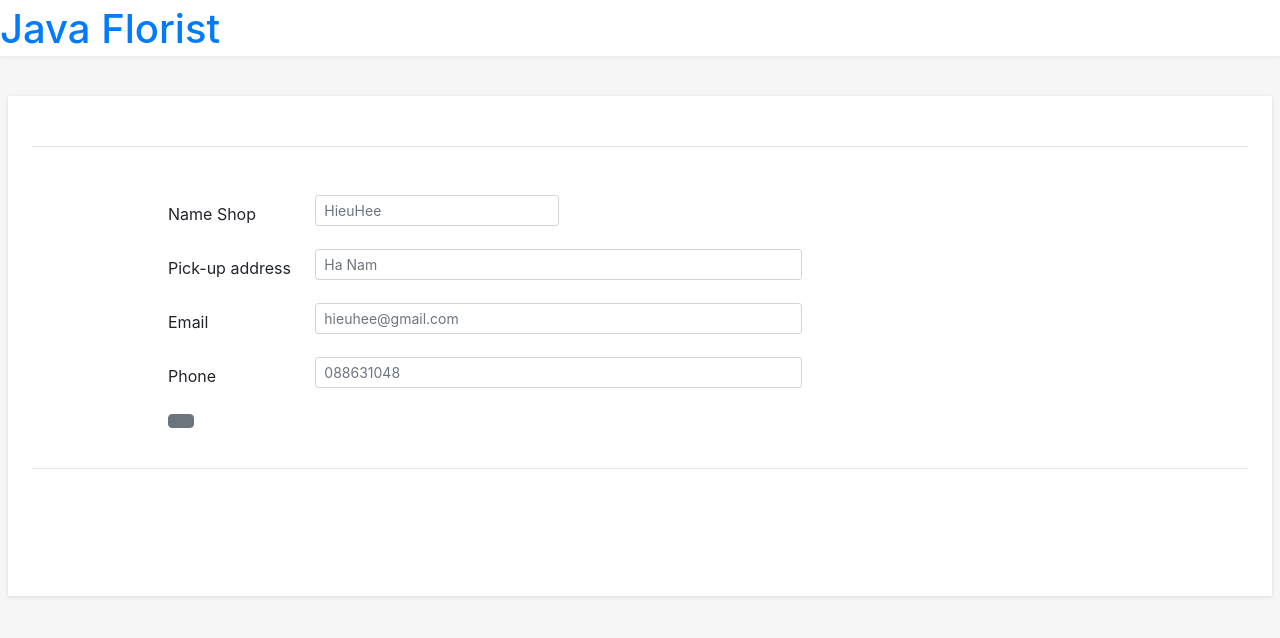
Repository: hienttm/flower-java-florist
Page: JavaFlorist/JavaFlorist/wwwroot/BecomePartner/index.html
An editor plug-in stored every save of this project. The page is shown before and after the next save, followed by the edit.
The browser window is 1280 px wide. The pictures show the whole page.
Some web libraries are served in a nearby version.

Above is the page before, as saved 2023-12-29 18:08:50.

### JavaFlorist/JavaFlorist/wwwroot/BecomePartner/index.html
<!DOCTYPE html>
<html lang="en">
<head>
    <meta charset="UTF-8">
    <meta name="viewport" content="width=device-width, initial-scale=1.0">
    <title>Document</title>
        <!-- Google Web Fonts -->
        <link rel="preconnect" href="https://fonts.googleapis.com">
        <link rel="preconnect" href="https://fonts.gstatic.com" crossorigin>
        <link href="https://fonts.googleapis.com/css2?family=Open+Sans:wght@400;600&family=Raleway:wght@600;800&display=swap" rel="stylesheet">

        <!-- Icon Font Stylesheet -->
        <link rel="stylesheet" href="https://use.fontawesome.com/releases/v5.15.4/css/all.css" />
        <link href="https://cdn.jsdelivr.net/npm/bootstrap-icons@1.4.1/font/bootstrap-icons.css" rel="stylesheet">

            <!-- Customized Bootstrap Stylesheet -->
            <link rel="stylesheet" href="https://cdn.jsdelivr.net/npm/bootstrap@4.0.0/dist/css/bootstrap.min.css" integrity="sha384-Gn5384xqQ1aoWXA+058RXPxPg6fy4IWvTNh0E263XmFcJlSAwiGgFAW/dAiS6JXm" crossorigin="anonymous">
        <link rel="stylesheet" href="style/Partner.css">
</head>
<body>
    <!-- Spinner Start -->
    <div class="onboarding-page">
        <div class="header">
            <a asp-action="Index" asp-controller="Home" class="navbar-brand"><h1 class="text-primary display-6"> Java Florist</h1></a>
        </div>
        <div class="onboarding">
            <div class="onboarding-layout__main">
                <div class="onboarding-layout__content onboarding-layout__card">
                    <div class="flow-step-content">
                        <div class="steps-header"></div>
                        <div class="form-input">
                            <form class="">
                                <div class="form-group row">
                                  <label for="text" class="col-sm-2 col-form-label">Name Shop</label>
                                  <div class="w-25">
                                    <input class="form-control form-control-sm" type="text" placeholder="HieuHee">
                                  </div>
                                </div>
                                <div class="form-group row">
                                  <label for="text" class="col-sm-2 col-form-label">Pick-up address</label>
                                  <div class="w-50">
                                    <input type="text" class="form-control form-control-sm"  placeholder="Ha Nam">
                                  </div>
                                </div>
                                <div class="form-group row">
                                    <label for="Email" class="col-sm-2 col-form-label">Email</label>
                                    <div class="w-50">
                                      <input type="email" class="form-control form-control-sm"  placeholder="hieuhee@gmail.com">
                                    </div>
                                  </div>
                                  <div class="form-group row">
                                    <label for="phone" class="col-sm-2 col-form-label">Phone</label>
                                    <div class="w-50">
                                        <input type="phone" class="form-control form-control-sm"  placeholder="088631048">
                                    </div>
                                  </div>
                                  <button class="btn btn-secondary"></button>
                              </form>

                        </div>
                        <div class="steps-header"></div>
                    </div>

                </div>
            </div>
        </div>
    </div>


        <!-- JavaScript Libraries -->
        <script src="https://ajax.googleapis.com/ajax/libs/jquery/3.6.4/jquery.min.js"></script>
        <script src="https://cdn.jsdelivr.net/npm/bootstrap@5.0.0/dist/js/bootstrap.bundle.min.js"></script>
</body>
</html>

### JavaFlorist/JavaFlorist/wwwroot/BecomePartner/style/Partner.css
*,
*:before,
*:after {
  box-sizing: border-box;
}
* {
  margin: 0;
  padding: 0;
  font: inherit;
}
img,
picture,
svg,
video {
  display: block;
  max-width: 100%;
}
input,
select,
textarea {
  background-color: transparent;
  outline: none;
}
button {
  cursor: pointer;
  background-color: transparent;
  outline: none;
  border: 0;
}
body {
  min-height: 100vh;
  font-weight: 400;
  font-size: 16px;
  line-height: 1;
}

.onboarding-page{
    padding-top: 56px;
    min-width: 1264px;
    margin: 0 auto;
}
.header{
    position: fixed;
    top: 0;
    left: 0;
    width: 100%;
    height: 56px;
    box-shadow: 0 1px 4px 0 rgba(0,0,0,.07);
    background-color: #fff;
    z-index: 100001;
}

.navbar-brand{
    color: #CDB4DB !important;
}
.onboarding {
    min-height: calc(100vh - 56px - 40px);
    padding-bottom: 40px;
    background-color: #f6f6f6;
    }

.onboarding-layout__main {
        padding-top: 40px;
}

.onboarding-layout__card {
    width: 1264px;
    margin: 0 auto;
    height: 500px;
    background-color: #fff;
    box-shadow: 0 1px 4px 0 rgba(0,0,0,.12);
    }

    .flow-step-content{
        padding: 50px 24px;
    }
    .steps-header{
        border-bottom: 1px solid #e5e5e5;
    }

    .form-input{
        max-width: 944px;
        margin: 48px auto 40px;
        min-height: 198px;
}

After the next save:
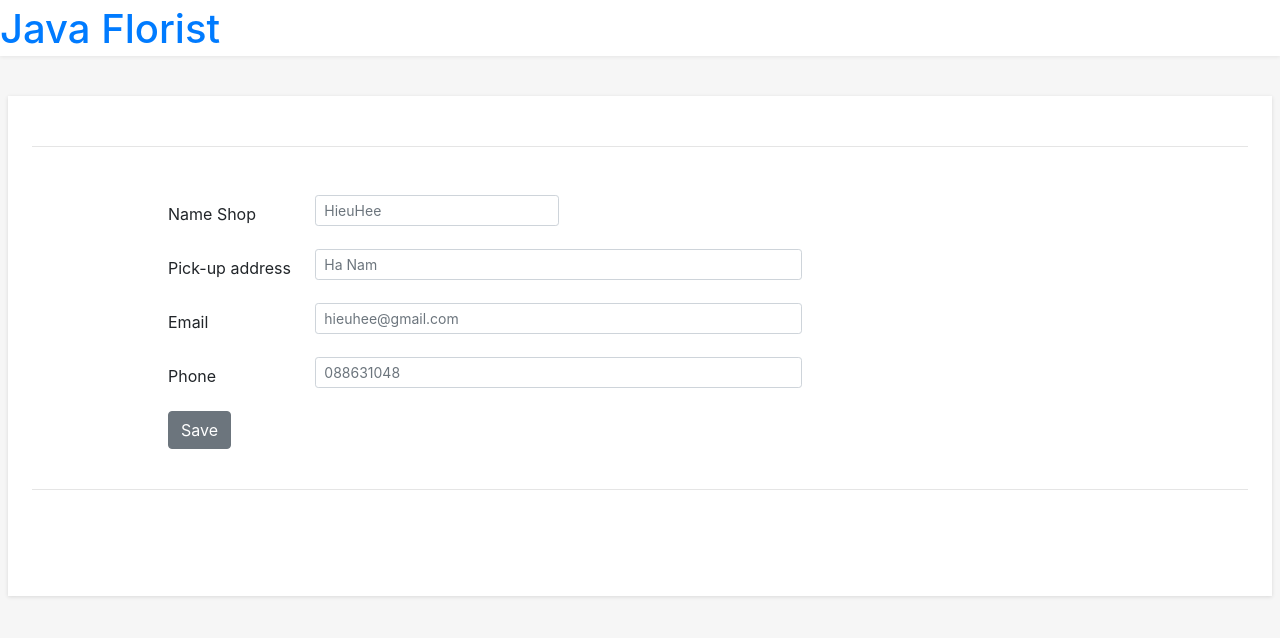
Saved 5 s later.
--- a/JavaFlorist/JavaFlorist/wwwroot/BecomePartner/index.html
+++ b/JavaFlorist/JavaFlorist/wwwroot/BecomePartner/index.html
@@ -54,7 +54,7 @@
                                         <input type="phone" class="form-control form-control-sm"  placeholder="088631048">
                                     </div>
                                   </div>
-                                  <button class="btn btn-secondary"></button>
+                                  <button class="btn btn-secondary">Save</button>
                               </form>
 
                         </div>
